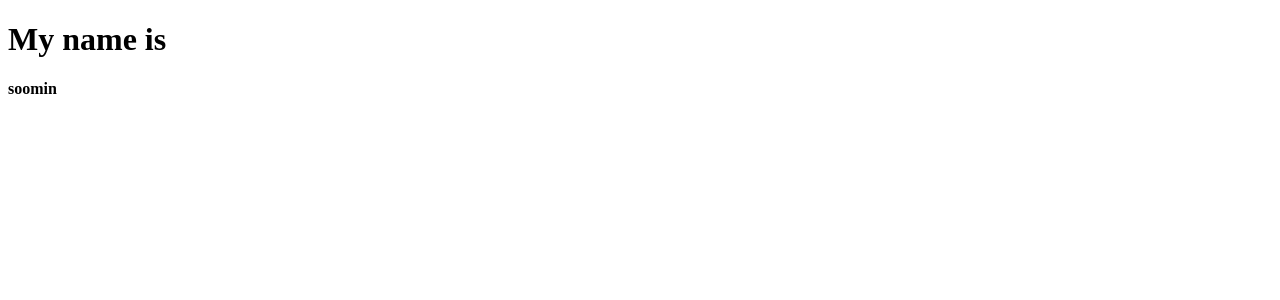
Repository: kindlsm/Node.js-first-project
Page: about.html
The author's editor kept a copy of each file at every save. The page is drawn from the files as they stood at one save, then again after a run of saves.
The browser window is 1280 px wide. The pictures show the whole page.

Above is the page before, as saved 2025-03-25 12:08:33.

After the next 3 saves:
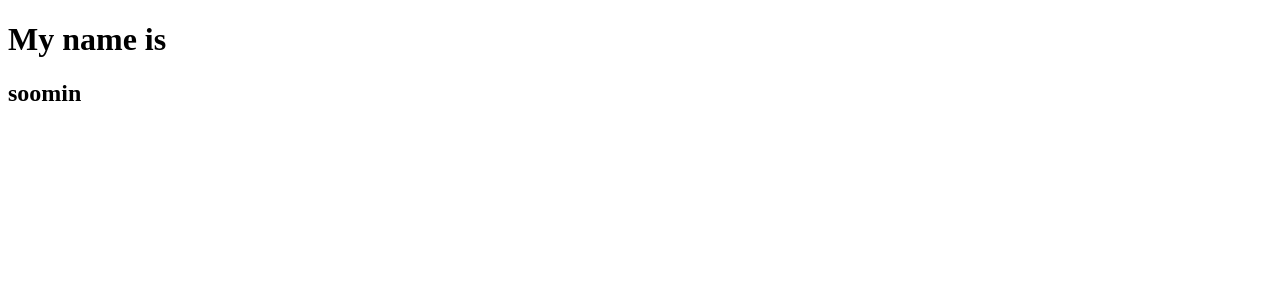
The 3 saves are shown as one change because they came seconds apart.
The last was saved 13 s later.
--- a/about.html
+++ b/about.html
@@ -7,7 +7,7 @@
 </head>
 <body>
     <h1>My name is</h1>
-    <h4>soomin</h4>
-
+    <h2>soomin</h2>
+    <p></p>
 </body>
 </html>
